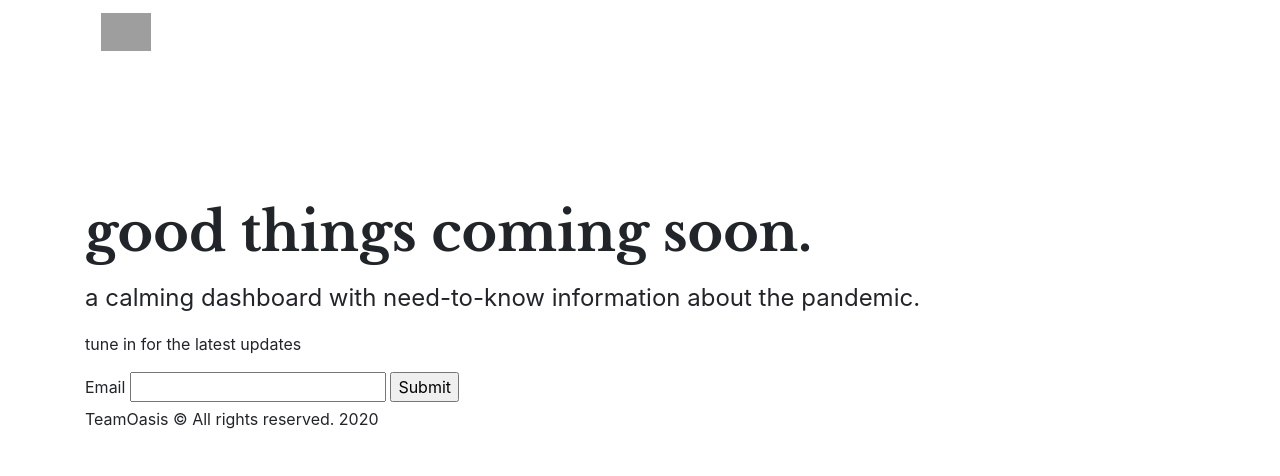
Repository: dexho/oasis-extension
Page: coming-soon.html
An editor plug-in stored every save of this project. The page is shown before and after the next save, followed by the edit.
The browser window is 1280 px wide. The pictures show the whole page.
Pictures or frames that could not be fetched are drawn as grey boxes. Some web fonts or font styles are not loaded; a fallback is used.

Above is the page before, as saved 2020-07-24 12:53:01.

After the next save:
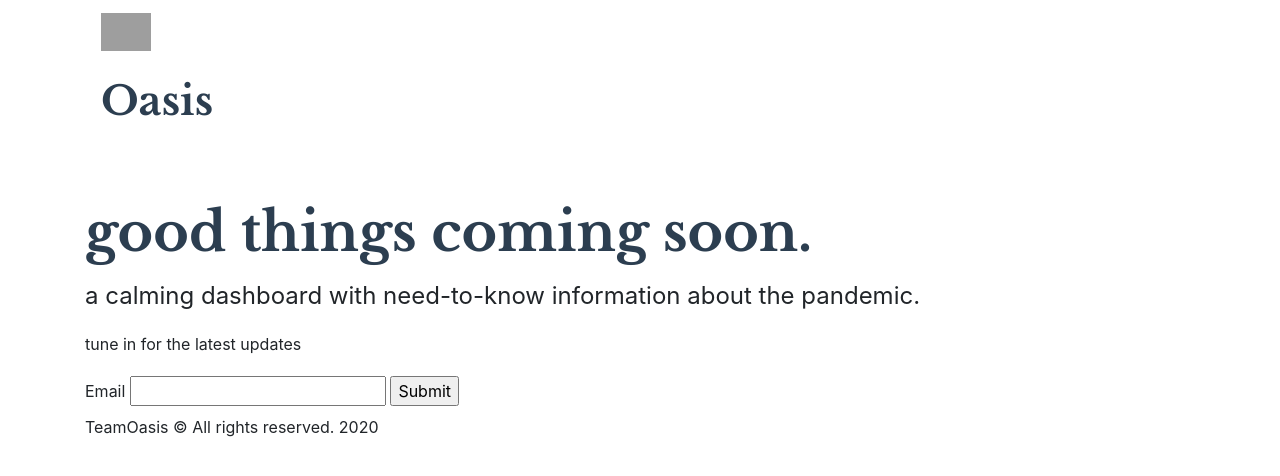
Saved 2 min 48 s later.
--- a/css/dist/coming-soon.css
+++ b/css/dist/coming-soon.css
@@ -1,3 +1,38 @@
+h1{
+    font-family: 'Libre Baskerville', serif;;
+    font-size: 54px;
+    color: #2c3e50;
+    font-weight: 400;
+}
+
+h2{
+    font-family: $font-base;
+    font-size: $font-size-h2;
+    line-height: 48px;
+    color: $black;
+    font-weight: 500;
+}
+
+h3{
+    font-family: $font-base;
+    font-size: $font-size-h3;
+    line-height: 48px;
+    color: $black;
+    font-weight: 400;
+}
+
+
+p{
+    font-family: $font-base;
+    font-size: $font-size-base;
+    font-weight: 400;
+    line-height: 32px;
+    color: $black;
+}
+
+
+
+
 .page-description {
     font-size: 14px;
 }
